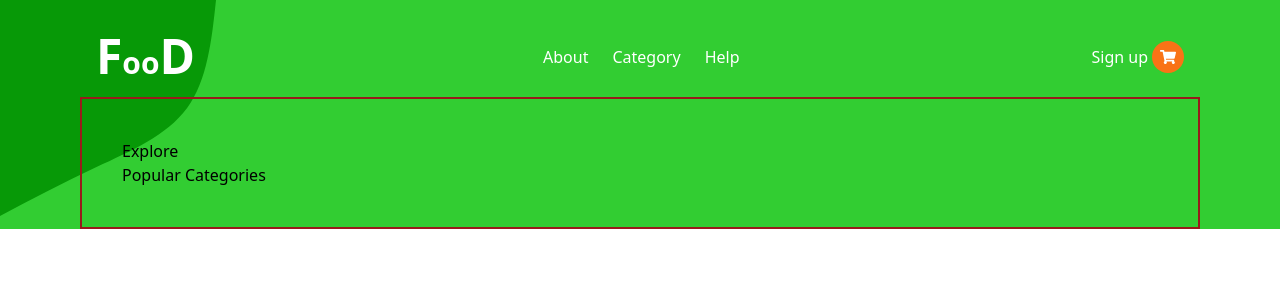
Repository: KhushiCode14/FoodWeb
Page: /category (app in frontend/)
The author's editor kept a copy of each file at every save. The page is drawn from the files as they stood at one save, then again after the next save.
The browser window is 1280 px wide. The pictures show the whole page.
The project was rebuilt for these pictures with package versions that can differ from the ones it lists, and the page was loaded fresh each time. Also part of the build but not shown: frontend/src/Pages/Home.tsx, frontend/src/components/Home/SignUp.tsx, frontend/src/components/Home/SignIn.tsx, frontend/src/components/Home/Cart.tsx.

Above is the page before, as saved 2024-09-24 11:56:19.

After the next save:
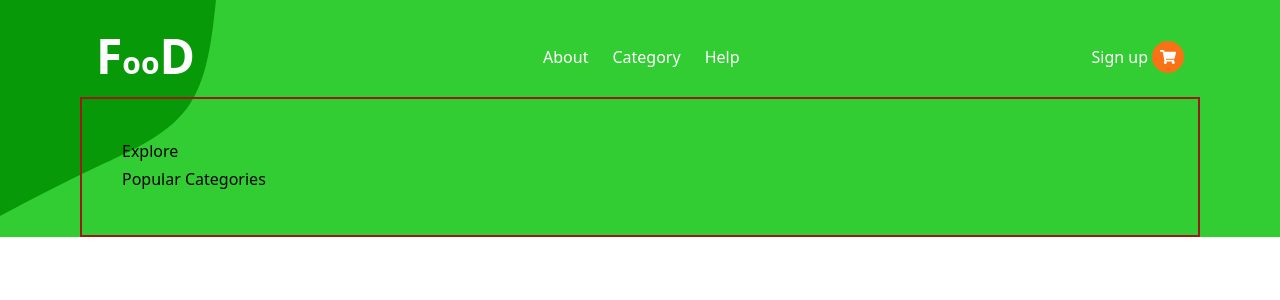
Saved 3 min 0 s later.
--- a/frontend/src/components/categories/Category.tsx
+++ b/frontend/src/components/categories/Category.tsx
@@ -2,7 +2,7 @@ import React from 'react'
 
 const Category = () => {
   return (
-    <div className='flex flex-col p-10 border-red-800 border-2'>
+    <div className='flex flex-col p-10 border-red-800 border-2 gap-1'>
       <div><button>Explore</button></div>
       <div><h1>Popular Categories</h1></div>
       {/* cards */}
